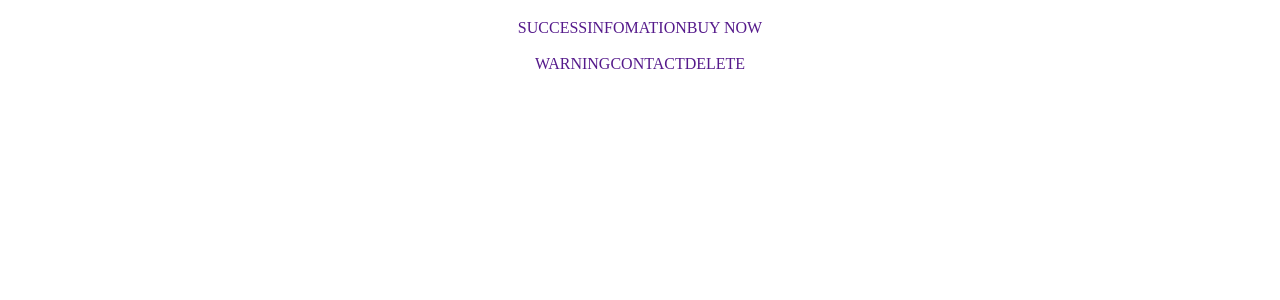
Repository: ThanhPhongsof/Css-Course
Page: index.html
The author's editor kept a copy of each file at every save. The page is drawn from the files as they stood at one save, then again after the next save.
The browser window is 1280 px wide. The pictures show the whole page.

Above is the page before, as saved 2022-05-16 08:04:38.

### index.html
<!DOCTYPE html>
<html lang="en">
  <head>
    <meta charset="UTF-8" />
    <meta http-equiv="X-UA-Compatible" content="IE=edge" />
    <meta name="viewport" content="width=device-width, initial-scale=1.0" />
    <title>Document</title>
    <link rel="stylesheet" href="./reset.css" />
    <link rel="stylesheet" href="./styles.css" />
  </head>
  <body>
    <div class="group-button">
      <a href="" class="button button--green">success</a>
      <a href="" class="button button--blue">infomation</a>
      <a href="" class="button button--purple">buy now</a>
    </div>
    <div class="group-button">
      <a href="" class="button button--orange">warning</a>
      <a href="" class="button button--red">contact</a>
      <a href="" class="button button--pink">delete</a>
    </div>
  </body>
</html>

### styles.css
.group-button {
  display: flex;
  align-items: center;
  justify-content: center;
  margin: 20px;
}

.button {
  text-decoration: none;
  text-transform: uppercase;
}

.button--green {
}

Loaded but not shown: reset.css (common file)

After the next save:
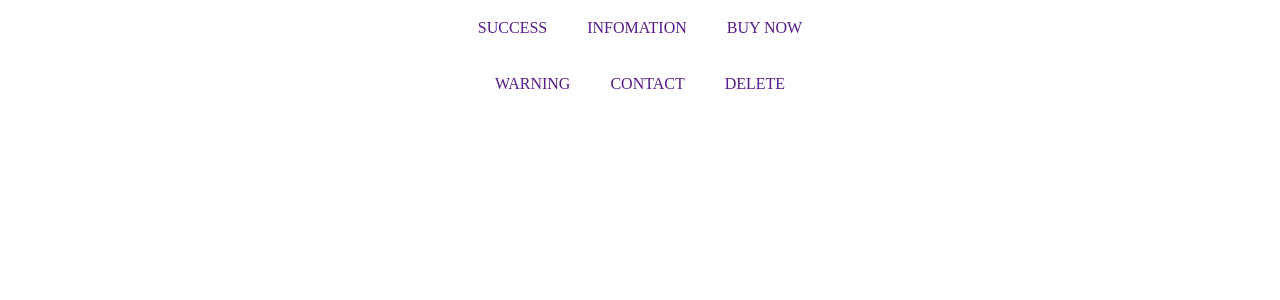
Saved 7 s later.
--- a/styles.css
+++ b/styles.css
@@ -2,12 +2,12 @@
   display: flex;
   align-items: center;
   justify-content: center;
-  margin: 20px;
 }
 
 .button {
   text-decoration: none;
   text-transform: uppercase;
+  margin: 20px;
 }
 
 .button--green {
